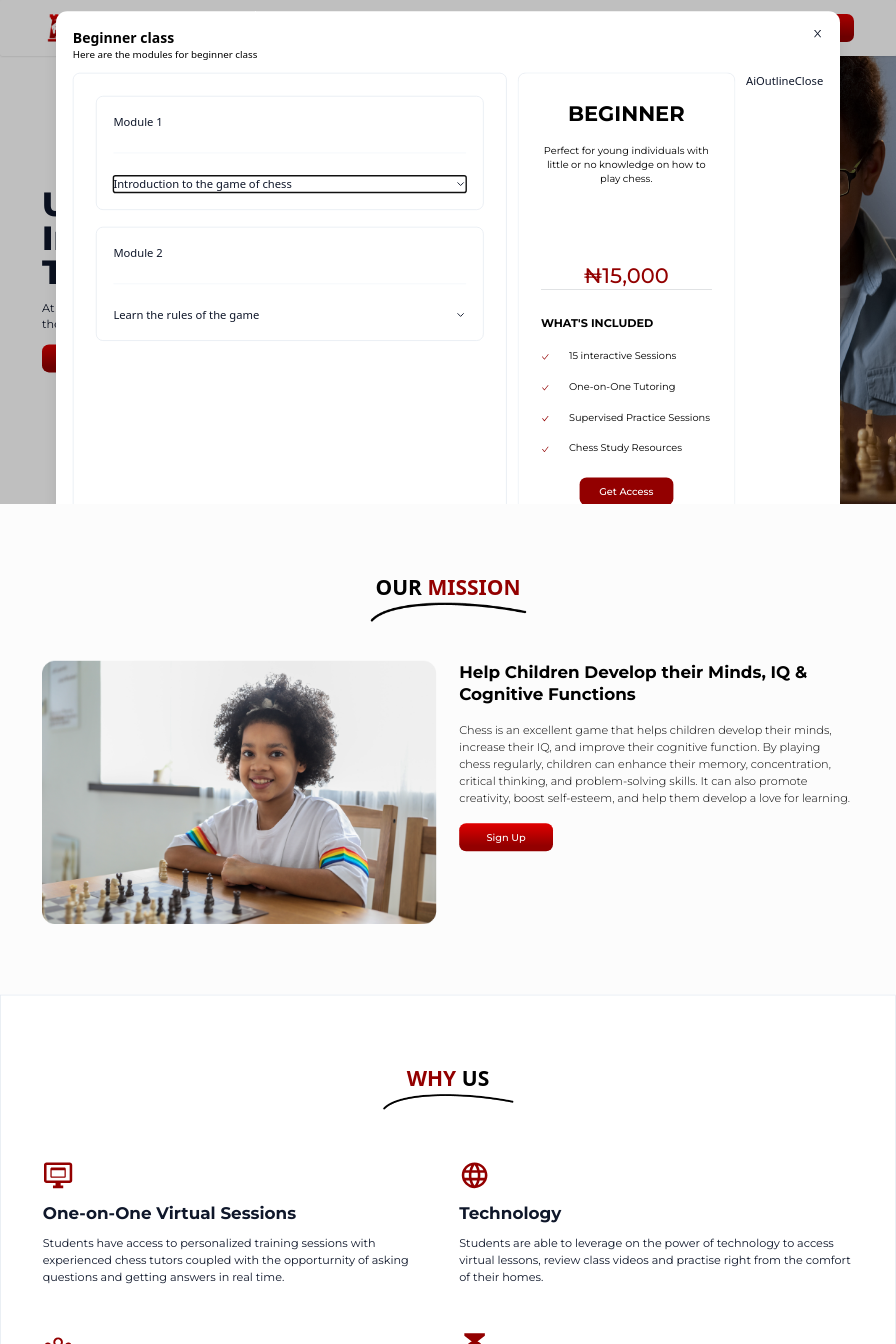
Repository: CelestinaUwajeh/chess-champ-fe
Page: /, after clicking the first element matching `button.w-\[134px\]`
An editor plug-in stored every save of this project. The page is shown before and after the next save, followed by the edit.
The browser window is 1280 px wide. The pictures show the part of the page from y = 0 to 1920 px (the page is 4303 px tall), at 70% of full size.
An inner scrolling area shows only its first screen. The project was rebuilt for these pictures with package versions that can differ from the ones it lists, and the page was loaded fresh each time. The framework's server and built-in components were replaced by stand-ins that run in the browser. Also part of the build but not shown: next.config.js, app/(dashboard)/parent/child/[id]/progress/highlight.tsx, app/(dashboard)/parent/child/[id]/progress/attendance.tsx, components/ui/progress.tsx, app/(dashboard)/parent/child/[id]/progress/percentage.tsx, app/(dashboard)/parent/child/[id]/progress/points.tsx, app/(dashboard)/parent/child/[id]/progress/page.tsx.

Above is the page before, as saved 2023-08-09 22:47:47.

After the next save:
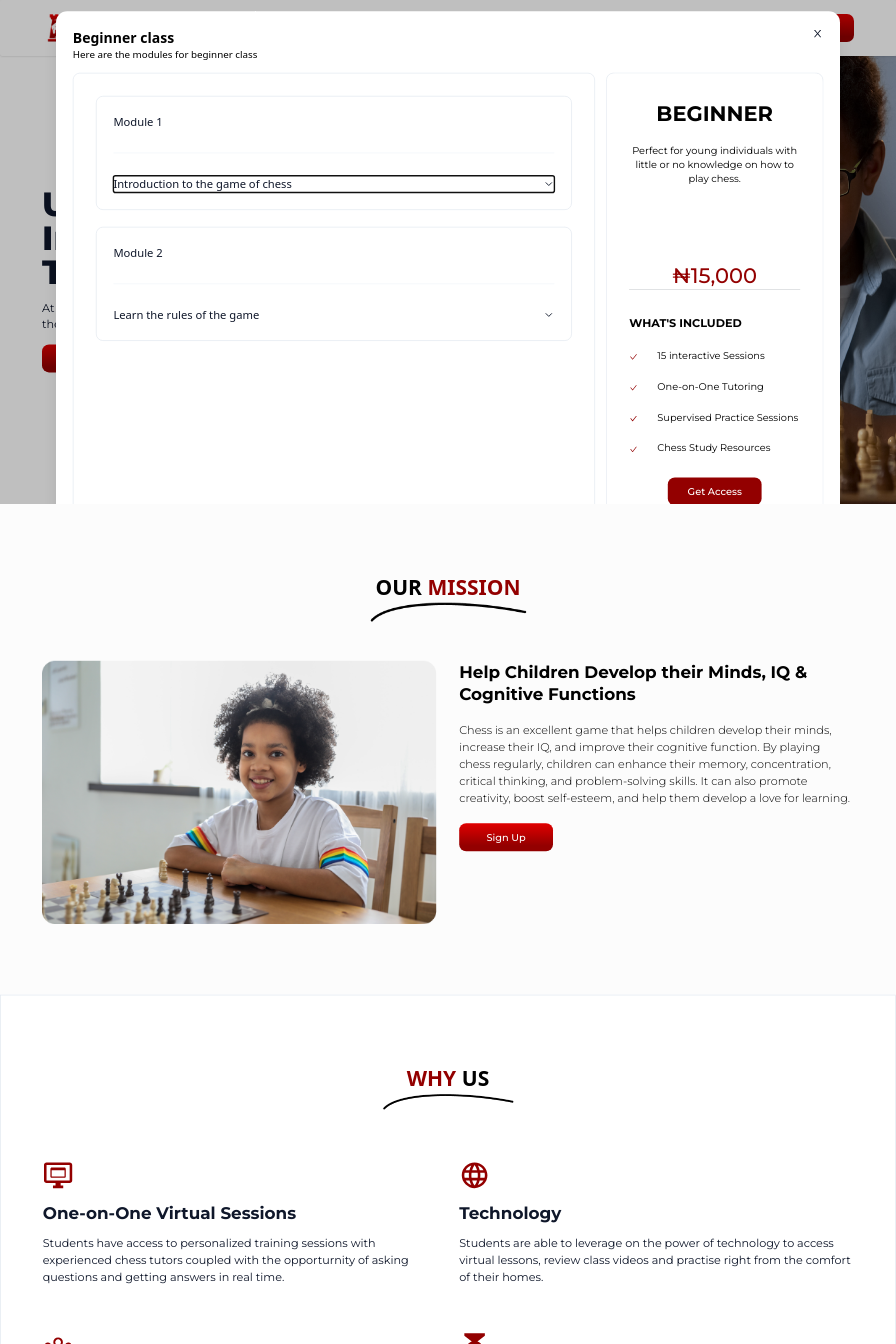
Saved 13 s later.
--- a/components/pricing-card/modal-content.tsx
+++ b/components/pricing-card/modal-content.tsx
@@ -29,7 +29,6 @@ const ModalContent = ({ data }: PropType) => {
         <div className="w-[310px] border rounded-[10px]">
           <PricingCard isModal data={data} />
         </div>
-        AiOutlineClose
       </div>
     </div>
   );
